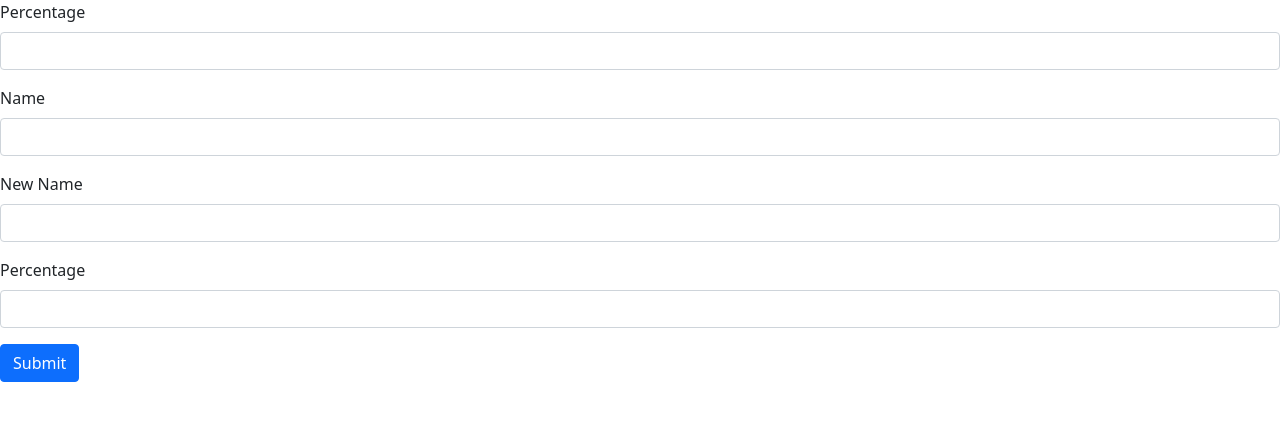
Repository: shivamaninalla/Bank-Application-JSP
Page: http://localhost/09-student-mvc-db/updatestudent.jsp
These files come from the project's save history. The page is drawn as it stood at one moment and after the next save; the edit follows.
The browser window is 1280 px wide. The pictures show the whole page.
The page is served by Tomcat 9.

Above is the page before, as saved 2024-07-17 10:20:44.

After the next save:
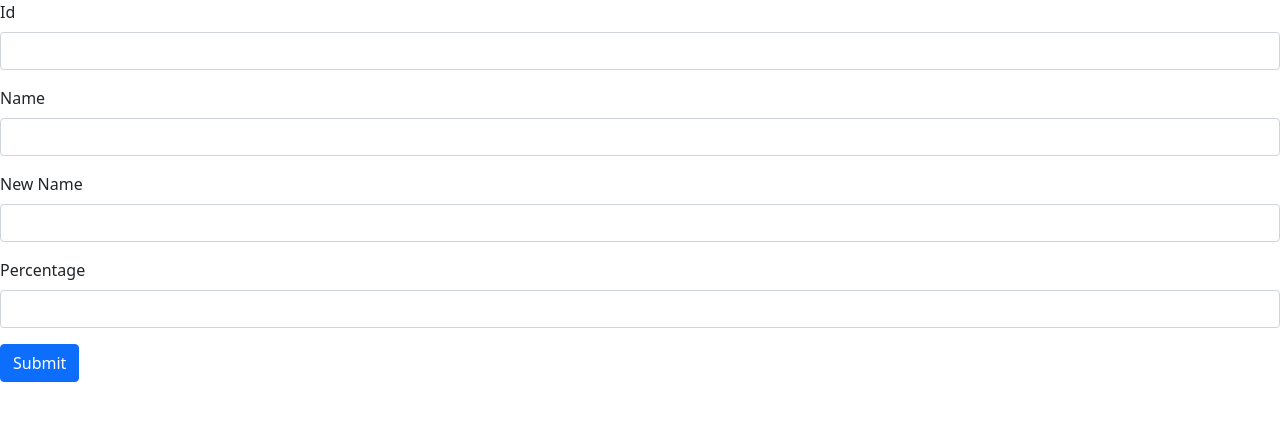
Saved 15 s later.
--- a/09-student-mvc-db/WebContent/updatestudent.jsp
+++ b/09-student-mvc-db/WebContent/updatestudent.jsp
@@ -22,8 +22,8 @@
 <input type="hidden" name="command" value="update">
   <div class="mb-3">
   <div class="mb-3">
-    <label for="percentage" class="form-label">Percentage</label>
-    <input type="text" class="form-control" id="percentage" name="percentage">
+    <label for="id" class="form-label">Id</label>
+    <input type="text" class="form-control" id="percentage" name="id">
 
    </div>
     <label for="name" class="form-label">Name</label>
